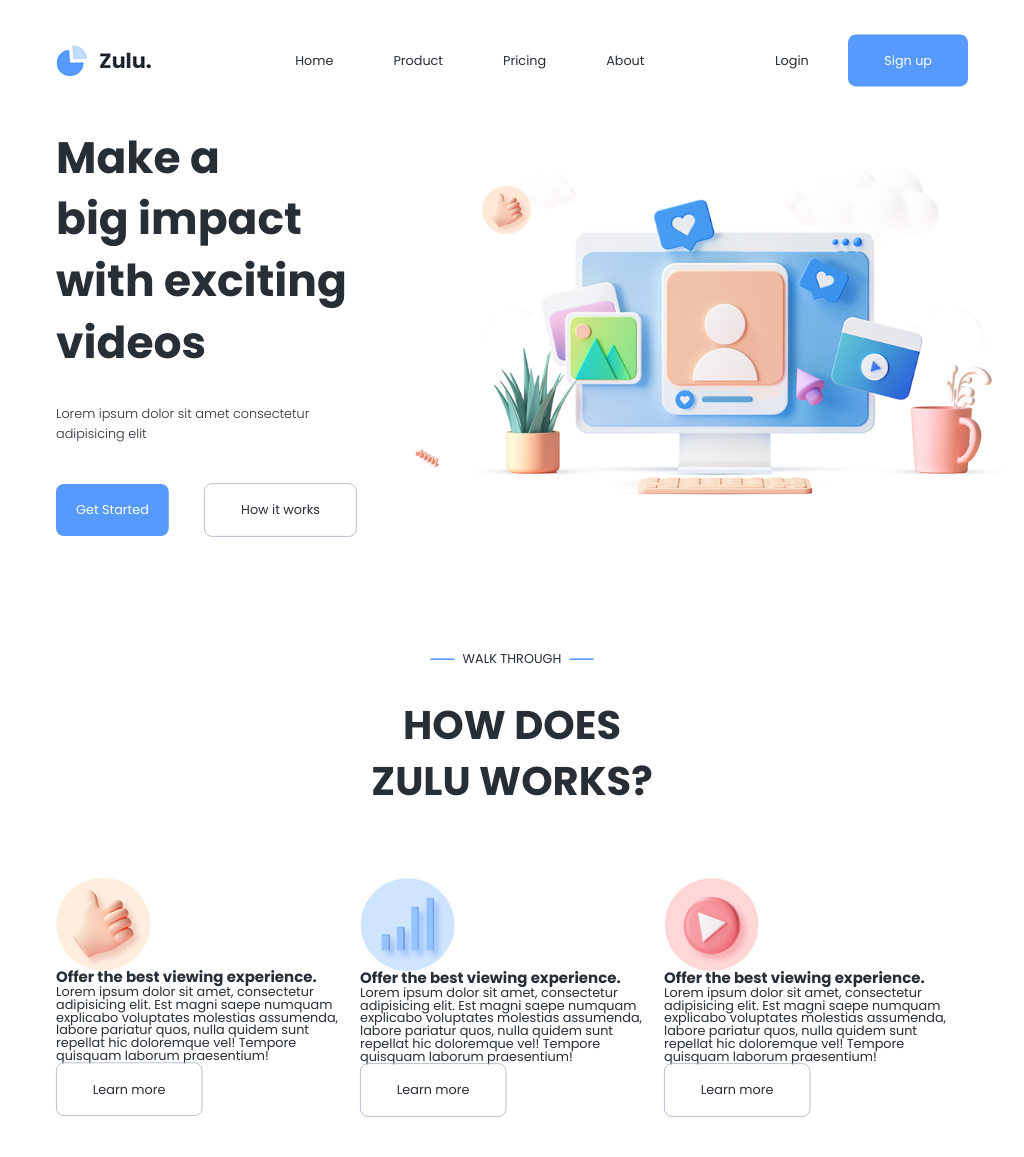
Repository: baodien1405/zulu-landing-page
Page: index.html
An editor plug-in stored every save of this project. The page is shown before and after the next save, followed by the edit.
The browser window is 1280 px wide. The pictures show the whole page, at 80% of full size.
The style sheet was rebuilt from its Sass, Less or Tailwind sources for each picture, by a compiler version that may differ from the author's.

Above is the page before, as saved 2021-06-22 16:45:22.

### index.html
<!DOCTYPE html>
<html lang="en">
<head>
  <meta charset="UTF-8">
  <meta http-equiv="X-UA-Compatible" content="IE=edge">
  <meta name="viewport" content="width=device-width, initial-scale=1.0">
  <link rel="preconnect" href="https://fonts.gstatic.com">
  <link href="https://fonts.googleapis.com/css2?family=Poppins:wght@300;400;600;700&display=swap" rel="stylesheet">
  <link rel="stylesheet" href="./styles.css">
  <title>Zulu</title>
</head>
<body>
  <div class="wrapper">
    <div class="container">
      <!-- Header -->
      <header class="header">
        <a href="index.html" class="header-logo">
          <img src="/images/logo.png" alt="" class="header-logo-image">
        </a>
        <ul class="header-menu">
          <li class="header-menu-item">
            <a href="#" class="header-menu-link">Home</a>
          </li>
          <li class="header-menu-item">
            <a href="#" class="header-menu-link">Product</a>
          </li>
          <li class="header-menu-item">
            <a href="#" class="header-menu-link">Pricing</a>
          </li>
          <li class="header-menu-item">
            <a href="#" class="header-menu-link">About</a>
          </li>
        </ul>
        <div class="header-auth">
          <a href="#" class="button">Login</a>
          <a href="#" class="button button--primary">Sign up</a>
        </div>
      </header>

      <!-- Banner -->
      <section class="banner">
        <div class="banner-info">
          <h1 class="banner-heading">
            <span>Make a</span> <span>big impact</span> <span>with exciting</span> <span>videos</span>
          </h1>
          <p class="banner-desc">
            Lorem ipsum dolor sit amet consectetur adipisicing elit
          </p>
          <div class="banner-links">
            <a href="#" class="button button--primary">Get Started</a>
            <a href="#" class="button button--outline">How it works</a>
          </div>
        </div>
        <img src="./images/img1.png" alt="" class="banner-image">
      </section>

      <!-- Work  -->
      <section class="work">
        <div class="block">
          <span class="block-caption">Walk Through</span>
          <h2 class="block-heading"><span>How does</span> <span>Zulu works?</span></h2>
        </div>
        <div class="work-list">
          <div class="work-item">
            <img src="./images/img2.png" alt="" class="work-image" />
            <h3 class="work-title">Offer the best viewing experience.</h3>
            <p class="work-desc">Lorem ipsum dolor sit amet, consectetur adipisicing elit. Est magni saepe numquam explicabo voluptates molestias assumenda, labore pariatur quos, nulla quidem sunt repellat hic doloremque vel! Tempore quisquam laborum praesentium!</p>
            <a href="#" class="button button--outline">Learn more</a>
          </div>
          <div class="work-item">
            <img src="./images/img3.png" alt="" class="work-image" />
            <h3 class="work-title">Offer the best viewing experience.</h3>
            <p class="work-desc">Lorem ipsum dolor sit amet, consectetur adipisicing elit. Est magni saepe numquam explicabo voluptates molestias assumenda, labore pariatur quos, nulla quidem sunt repellat hic doloremque vel! Tempore quisquam laborum praesentium!</p>
            <a href="#" class="button button--outline">Learn more</a>
          </div>
          <div class="work-item">
            <img src="./images/img4.png" alt="" class="work-image" />
            <h3 class="work-title">Offer the best viewing experience.</h3>
            <p class="work-desc">Lorem ipsum dolor sit amet, consectetur adipisicing elit. Est magni saepe numquam explicabo voluptates molestias assumenda, labore pariatur quos, nulla quidem sunt repellat hic doloremque vel! Tempore quisquam laborum praesentium!</p>
            <a href="#" class="button button--outline">Learn more</a>
          </div>
        </div>
      </section>
    </div>
  </div>
</body>
</html>

### styles.scss
@import "variables";
@import "global";
@import "header";
@import "banner";
@import "work";

### _variables.scss
$gray-dark: #272e35;
$gray-blur: #a5b2c3;
$primary-color: #579aff;

### _global.scss
* {
  margin: 0;
  padding: 0;
  box-sizing: border-box;
}

body {
  overflow-x: hidden;
  color: $gray-dark;
}

img {
  display: block;
  max-width: 100%;
}

a {
  text-decoration: none;
}

body {
  font-family: "Poppins", sans-serif;
  font-size: 16px;
  line-height: 1;
  background-color: #fff;
}

.wrapper {
  max-width: 1440px;
  margin: 0 auto;
}

.container {
  max-width: 1170px;
  padding: 0 15px;
  margin: 0 auto;
}

.button {
  display: inline-block;
  font-size: 16px;
  padding: 20px 45px;
  color: $gray-dark;
  background-color: transparent;
  border-radius: 10px;
  line-height: normal;
  &--primary {
    color: #fff;
    background-color: $primary-color;
  }
  &--outline {
    border: 1px solid $gray-blur;
  }
}

.block {
  text-align: center;
  display: flex;
  align-items: center;
  justify-content: center;
  flex-direction: column;
  margin-bottom: 85px;

  &-caption {
    text-transform: uppercase;
    margin-bottom: 40px;
    position: relative;
    display: inline-block;
    padding: 0 10px;
  }

  &-caption::before {
    left: 0;
    transform: translate(-100%, -50%);
  }

  &-caption::after {
    right: 0;
    transform: translate(100%, -50%);
  }

  &-caption::before,
  &-caption::after {
    position: absolute;
    content: "";
    width: 30px;
    height: 2px;
    background-color: $primary-color;
    top: 50%;
  }

  &-heading {
    text-transform: uppercase;
    font-size: 50px;
    line-height: 1.4;

    span {
      display: block;
    }
  }
}

### _header.scss
.header {
  padding-top: 43px;
  display: flex;
  align-items: center;

  &-logo {
    display: block;
    margin-right: 180px;
  }

  &-menu {
    display: flex;
    align-items: center;
    list-style: none;

    &-item:not(:first-child) {
      margin-left: 75px;
    }

    &-link {
      color: $gray-dark;
      transition: color 0.2s ease-in-out;
      &:hover {
        color: $primary-color;
      }
    }
  }

  &-auth {
    margin-left: auto;
  }
}

### _banner.scss
.banner {
  display: flex;
  align-items: center;
  padding-top: 50px;

  &-info {
    width: 35%;
  }

  &-image {
    width: 65%;
    transform: translateX(50px);
  }

  &-heading {
    font-size: 55px;
    line-height: 1.4;
    margin-bottom: 40px;

    & span {
      display: block;
    }
  }

  &-desc {
    font-weight: 300;
    line-height: 1.5;
    margin-bottom: 50px;
  }

  &-links {
    .button:first-child {
      margin-right: 40px;
      padding-left: 25px;
      padding-right: 25px;
    }
  }
}

### _work.scss
.work {
  padding-top: 145px;
  padding-bottom: 50px;

  &-list {
    display: flex;
    justify-content: space-between;
  }

  &-item {

  }
}

After the next save:
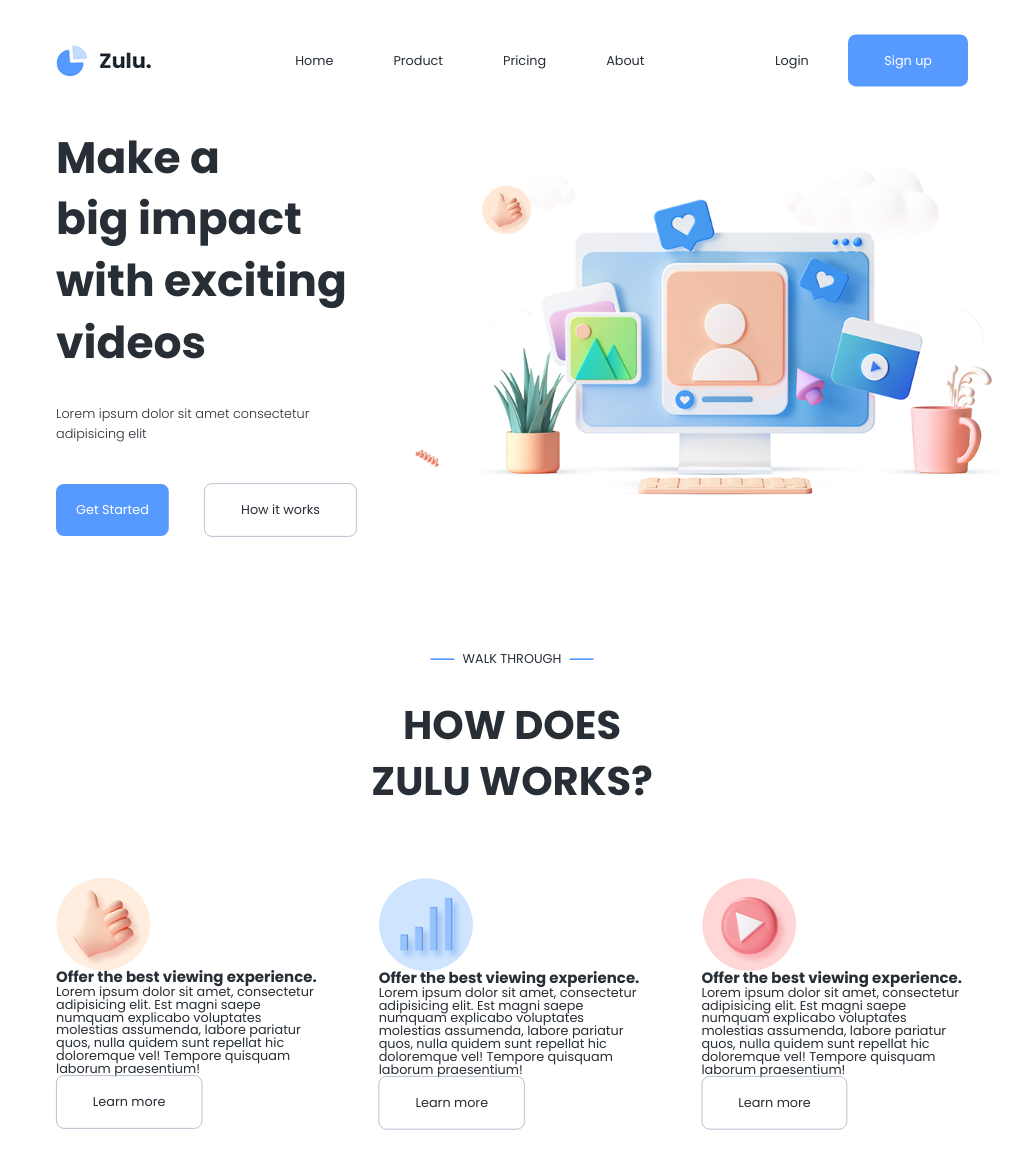
Saved 72 s later.
--- a/_work.scss
+++ b/_work.scss
@@ -8,6 +8,6 @@
   }
 
   &-item {
-
+    width: calc(33.33% - 46.67px);
   }
 }
